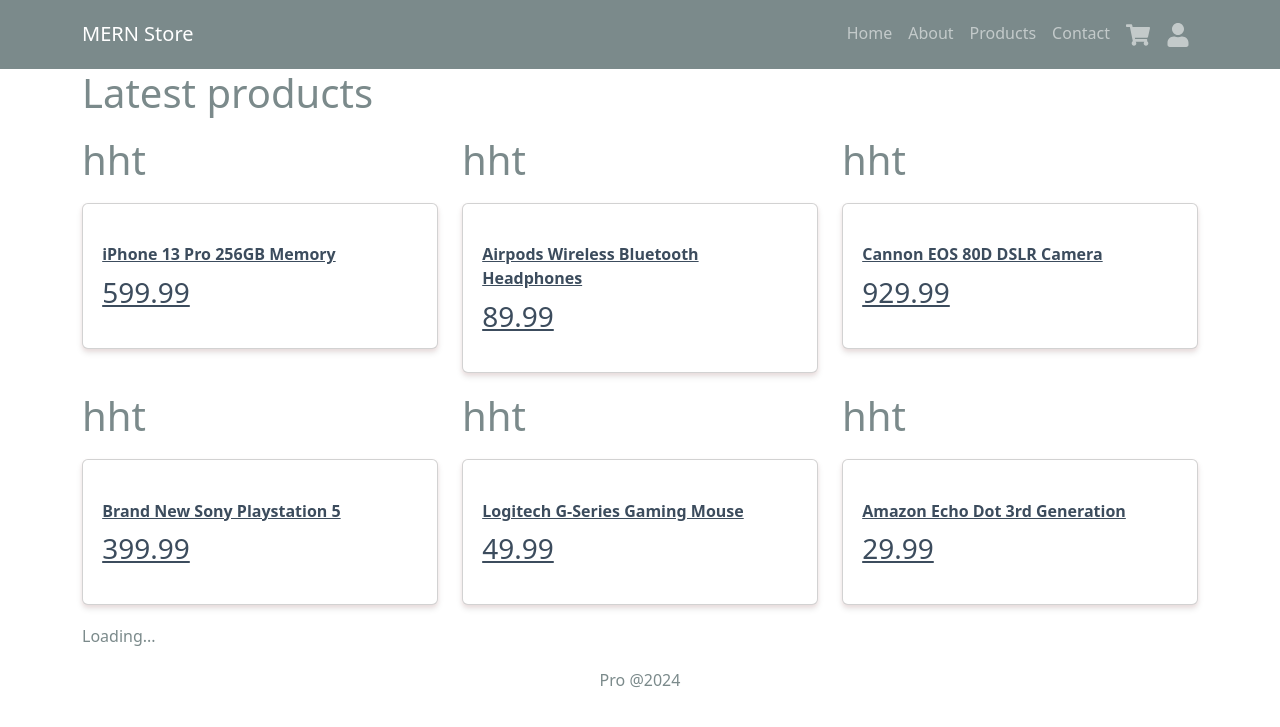
Repository: Attar786/MernStore
Page: / (app in client/)
These files come from the project's save history. The page is drawn as it stood at one moment and after the next save; the edit follows.
The browser window is 1280 px wide. The pictures show the whole page.
The project was rebuilt for these pictures with package versions that can differ from the ones it lists, and the page was loaded fresh each time. Also part of the build but not shown: client/vite.config.js, client/src/App.css, client/src/assets/styles/index.css.

Above is the page before, as saved 2024-07-10 00:22:57.

After the next save:
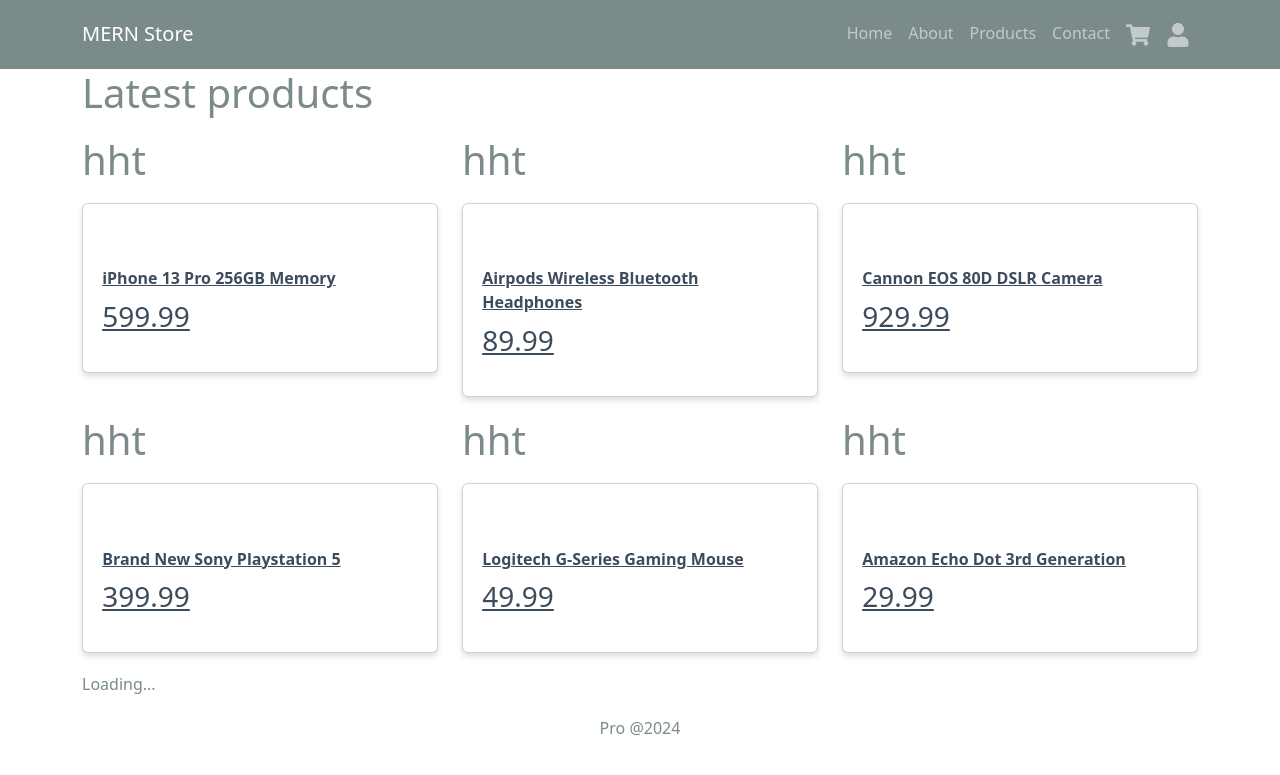
Saved 39 s later.
--- a/client/components/Product.jsx
+++ b/client/components/Product.jsx
@@ -13,7 +13,7 @@
       <Card className="my-3 py-3 rounded">
         <a href={`/product/${product._id}`}>
           {/* Uncomment this line if you have a valid image URL */}
-          {/* <Card.Img src={product.Img} variant="top" /> */}
+          <Card.Img src={product.Img} variant="top" />
         </a>
         <Card.Body>
           <a href={`/product/${product._id}`}>
